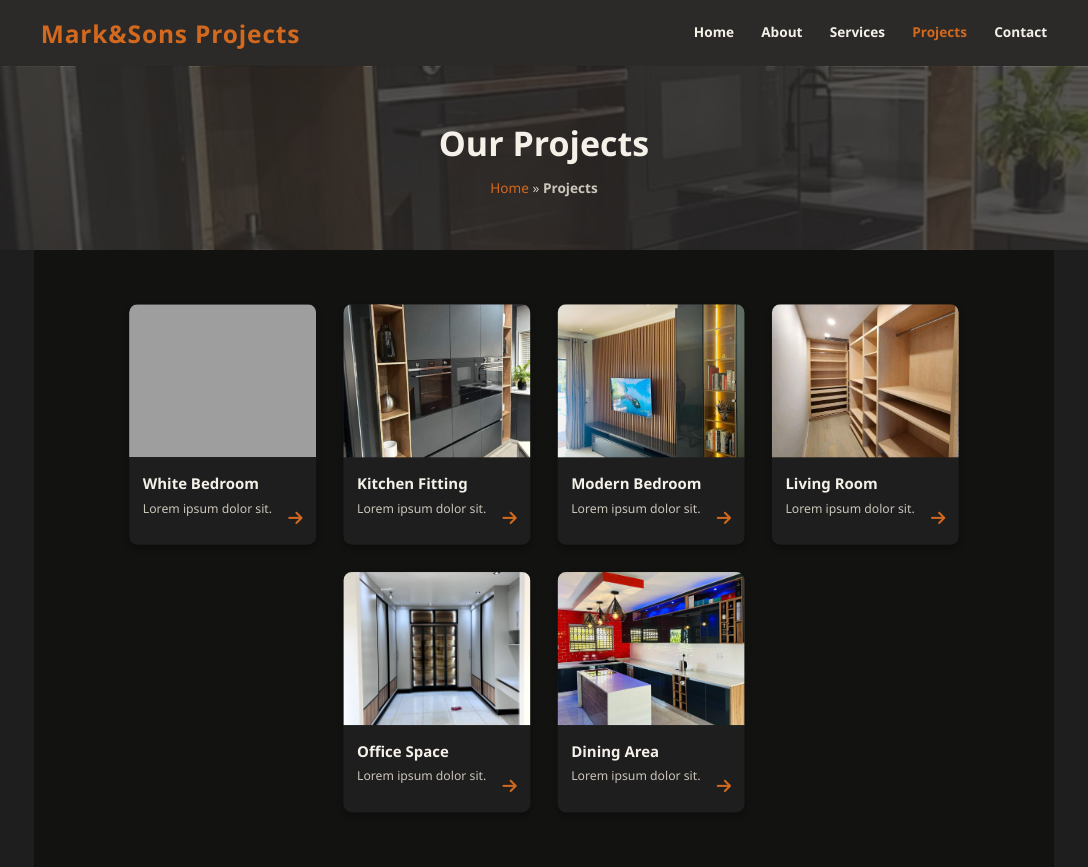
Repository: VallowEvido/Mark-SonsProjects
Page: projects.html
The author's editor kept a copy of each file at every save. The page is drawn from the files as they stood at one save, then again after a run of saves.
The browser window is 1280 px wide. The pictures show the whole page, at 85% of full size.
Pictures or frames that could not be fetched are drawn as grey boxes.

Above is the page before, as saved 2025-07-18 22:01:36.

### projects.html
<!DOCTYPE html>
<html lang="en">
<head>
  <meta charset="UTF-8" />
  <meta name="viewport" content="width=device-width, initial-scale=1" />
  <title>Our Projects - Carpentry</title>
  <link rel="stylesheet" href="styles.css" />
  <link rel="stylesheet" href="https://cdnjs.cloudflare.com/ajax/libs/font-awesome/6.4.0/css/all.min.css" />
</head>
<body>
  <nav>
    <div class="logo">Mark&Sons Projects</div>
    <ul>
      <li><a href="home.html">Home</a></li>
      <li><a href="about.html">About</a></li>
      <li><a href="#">Services</a></li>
      <li><a href="projects.html" class="active">Projects</a></li>
      <li><a href="#">Contact</a></li>
    </ul>
  </nav>

  <section class="projects-hero">
    <div class="projects-hero-content">
      <h1>Our Projects</h1>
      <p><a href="home.html">Home</a> &raquo; <strong>Projects</strong></p>
    </div>
  </section>

  <section class="projects-main">
    <div class="projects-grid">
      <div class="project-card">
        <img src="images/wardrobe/ward.jpg" alt="White Bedroom" />
        <div class="project-info">
          <h3>White Bedroom</h3>
          <p>Lorem ipsum dolor sit.</p>
          <a href="#" class="project-link"><i class="fas fa-arrow-right"></i></a>
        </div>
      </div>
      <div class="project-card">
        <img src="images/kitchen/kich.jpg" alt="Kitchen Fitting" />
        <div class="project-info">
          <h3>Kitchen Fitting</h3>
          <p>Lorem ipsum dolor sit.</p>
          <a href="#" class="project-link"><i class="fas fa-arrow-right"></i></a>
        </div>
      </div>
      <div class="project-card">
        <img src="images/tvstand/IMG-20240621-WA0041.jpg" alt="Modern Bedroom" />
        <div class="project-info">
          <h3>Modern Bedroom</h3>
          <p>Lorem ipsum dolor sit.</p>
          <a href="#" class="project-link"><i class="fas fa-arrow-right"></i></a>
        </div>
      </div>
      <div class="project-card">
        <img src="images/closets/closet.jpg" alt="Living Room" />
        <div class="project-info">
          <h3>Living Room</h3>
          <p>Lorem ipsum dolor sit.</p>
          <a href="#" class="project-link"><i class="fas fa-arrow-right"></i></a>
        </div>
      </div>
      <div class="project-card">
        <img src="images/wardrobe/wed2.jpg" alt="Office Space" />
        <div class="project-info">
          <h3>Office Space</h3>
          <p>Lorem ipsum dolor sit.</p>
          <a href="#" class="project-link"><i class="fas fa-arrow-right"></i></a>
        </div>
      </div>
      <div class="project-card">
        <img src="images/kitchen/IMG-20241116-WA0015.jpg" alt="Dining Area" />
        <div class="project-info">
          <h3>Dining Area</h3>
          <p>Lorem ipsum dolor sit.</p>
          <a href="#" class="project-link"><i class="fas fa-arrow-right"></i></a>
        </div>
      </div>
    </div>
  </section>
</body>
</html>

Loaded but not shown: styles.css (1543 lines, source omitted)

After the next 10 saves:
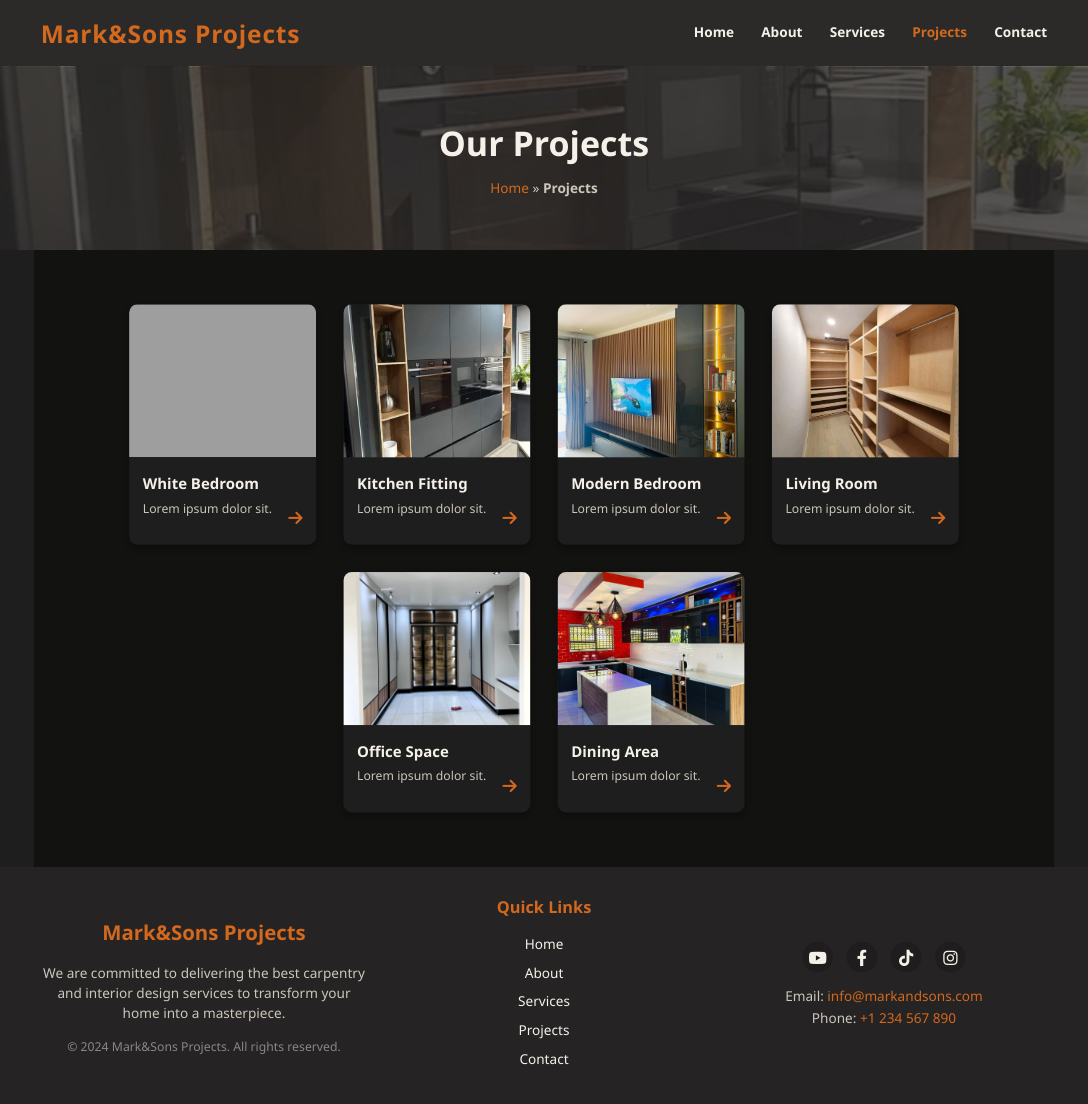
The 10 saves are shown as one change because they came seconds apart.
The last was saved 15 min 10 s later.
--- a/projects.html
+++ b/projects.html
@@ -78,5 +78,37 @@
       </div>
     </div>
   </section>
+
+  <footer class="site-footer">
+    <div class="footer-container">
+      <div class="footer-left">
+        <h3>Mark&Sons Projects</h3>
+        <p>We are committed to delivering the best carpentry and interior design services to transform your home into a masterpiece.</p>
+        <p class="rights">© 2024 Mark&Sons Projects. All rights reserved.</p>
+      </div>
+      <div class="footer-center">
+        <h4>Quick Links</h4>
+        <ul class="footer-links">
+          <li><a href="home.html">Home</a></li>
+          <li><a href="about.html">About</a></li>
+          <li><a href="services.html">Services</a></li>
+          <li><a href="projects.html">Projects</a></li>
+          <li><a href="contact.html">Contact</a></li>
+        </ul>
+      </div>
+      <div class="footer-right">
+        <div class="social-icons">
+          <a href="#" aria-label="YouTube" class="youtube"><i class="fab fa-youtube"></i></a>
+          <a href="#" aria-label="Facebook" class="facebook"><i class="fab fa-facebook-f"></i></a>
+          <a href="#" aria-label="TikTok" class="tiktok"><i class="fab fa-tiktok"></i></a>
+          <a href="#" aria-label="Instagram" class="instagram"><i class="fab fa-instagram"></i></a>
+        </div>
+        <div class="contact-details">
+          <p>Email: <a href="mailto:info@markandsons.com">info@markandsons.com</a></p>
+          <p>Phone: <a href="tel:+1234567890">+1 234 567 890</a></p>
+        </div>
+      </div>
+    </div>
+  </footer>
 </body>
 </html>
